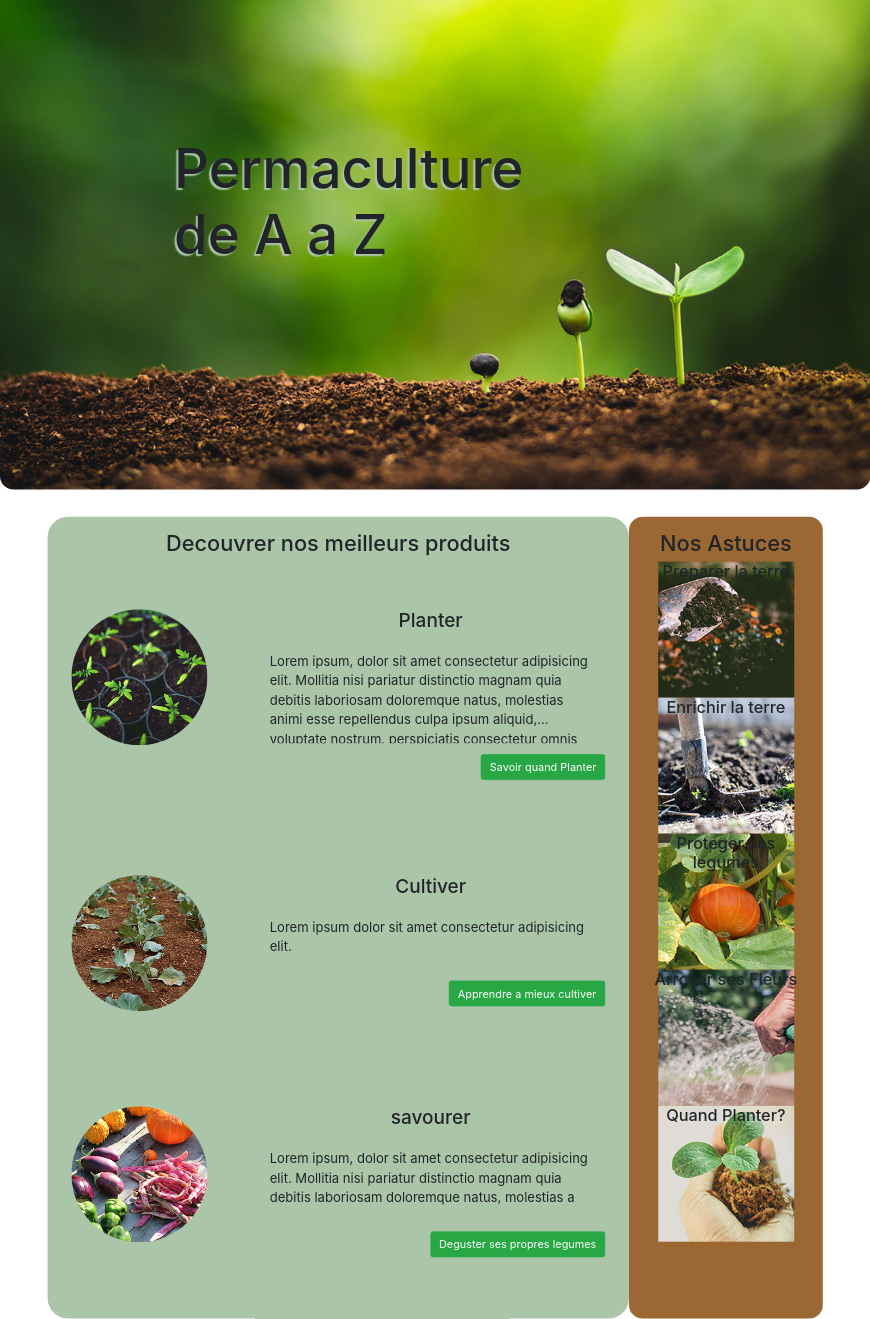
Repository: ahthionkevin/permaculture
Page: index.html
These files come from the project's save history. The page is drawn as it stood at one moment and after the next save; the edit follows.
The browser window is 1280 px wide. The pictures show the whole page, at 68% of full size.
Backgrounds fixed to the window are drawn as part of the page.

Above is the page before, as saved 2021-07-06 22:13:36.

After the next save:
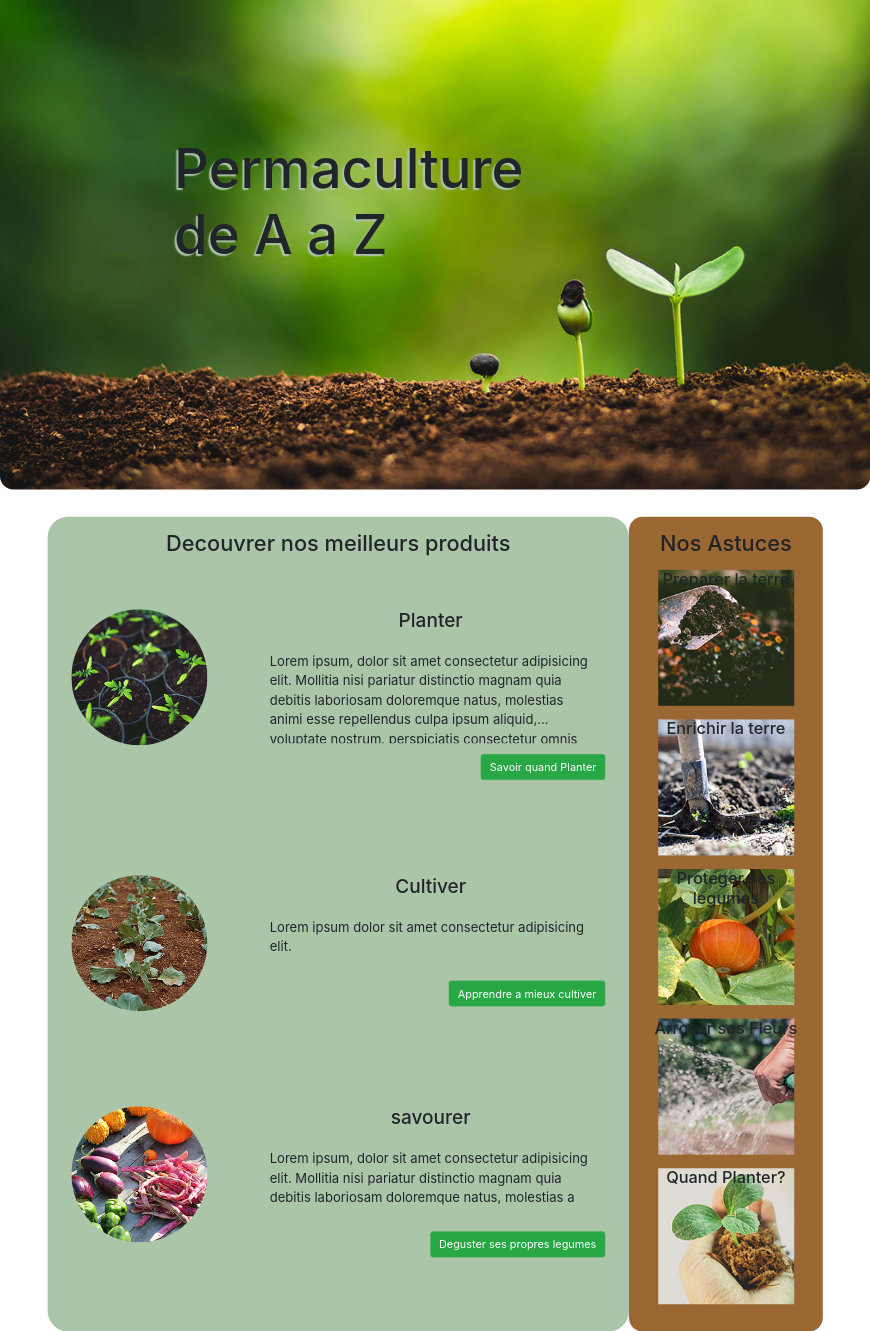
Saved 72 s later.
--- a/style.css
+++ b/style.css
@@ -72,4 +72,5 @@ h1{
 
 .tips{
     height: 200px;
+    margin: 20px auto;
 }
